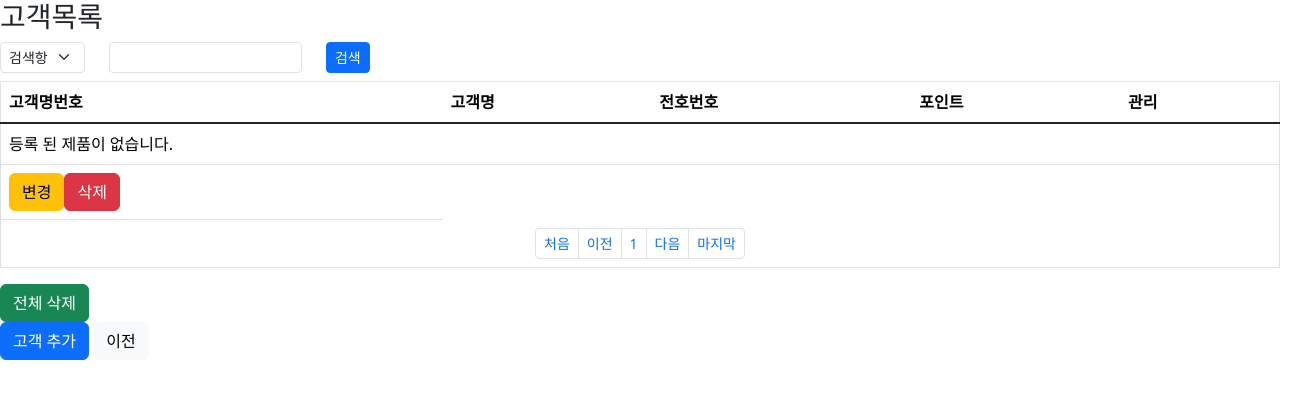
Repository: Hongsomang/spring2
Page: StarCafe/src/main/webapp/resources/view/html/customer.html
These files come from the project's save history. The page is drawn as it stood at one moment and after the next save; the edit follows.
The browser window is 1280 px wide. The page is 1292 px wide, so the pictures cover 1292 px, including what lies to the right of the window. The pictures show the whole page.
The page's requests for data from a server got no answer.

Above is the page before, as saved 2023-03-22 04:48:01.

After the next save:
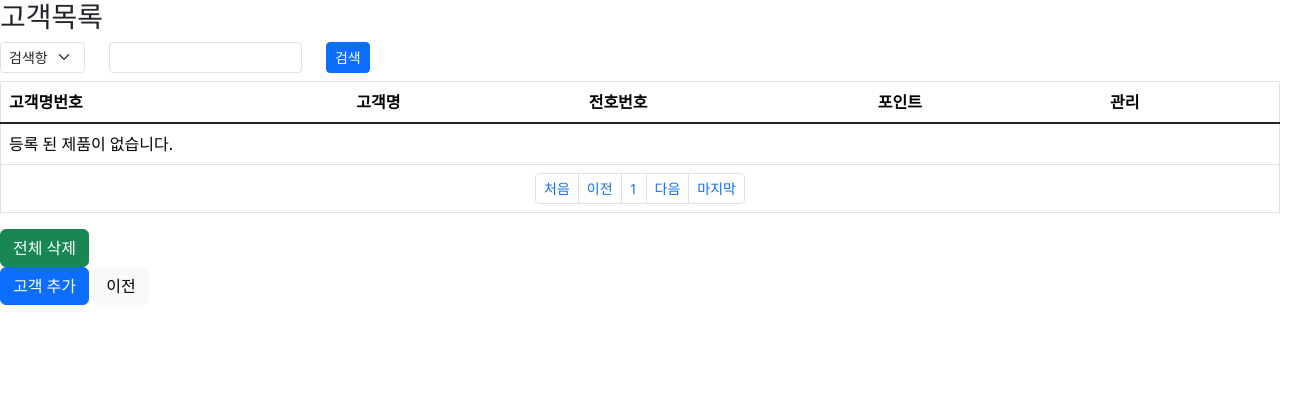
Saved 26 s later.
--- a/StarCafe/src/main/webapp/resources/view/html/customer.html
+++ b/StarCafe/src/main/webapp/resources/view/html/customer.html
@@ -59,10 +59,7 @@
 						<tr scope="row">
 							<td colspan="6">등록 된 제품이 없습니다.</td>
 						</tr>
-						<tr scope="row">
-							<td><a class="btn btn-warning" href="update/">변경</a><a
-								class="btn btn-danger" href="delete/">삭제</a></td>
-						</tr>
+
 
 				</tbody>
 						<tfoot>
